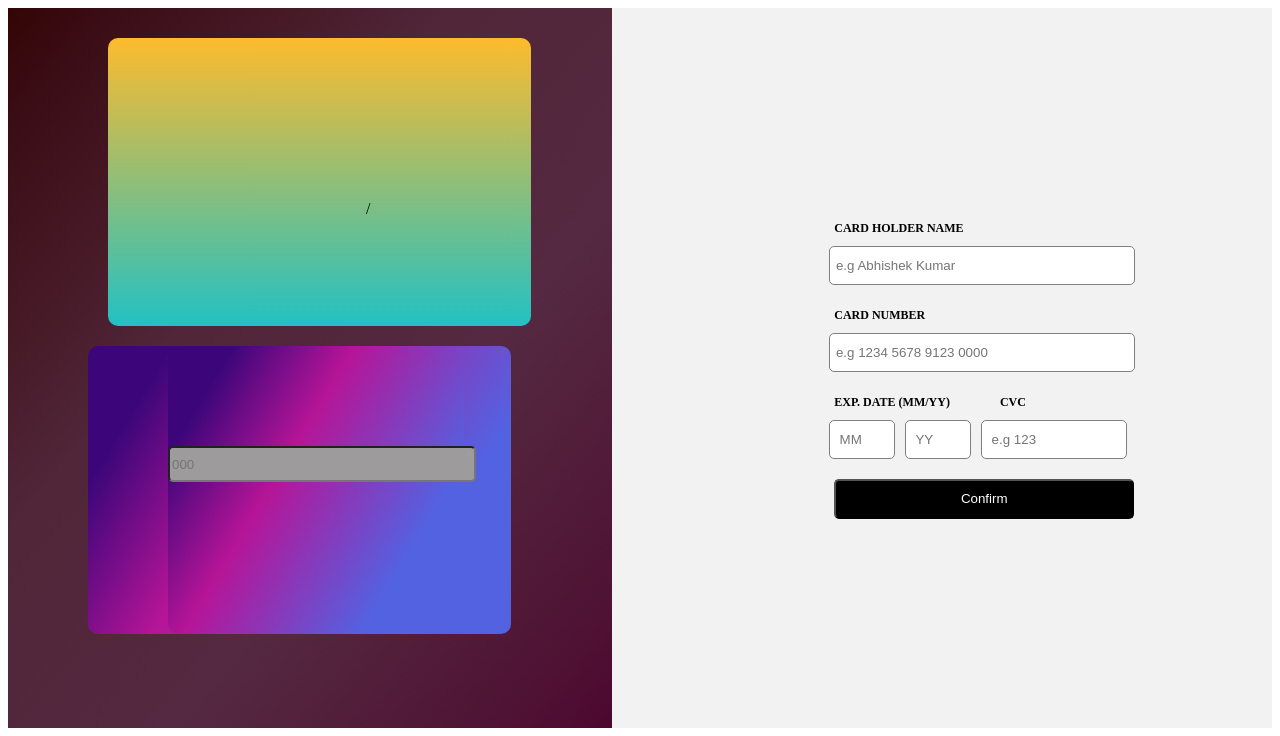
Repository: Abhi2359/frontendchallenge-1
Page: /
These files come from the project's save history. The page is drawn as it stood at one moment and after the next save; the edit follows.
The browser window is 1280 px wide. The pictures show the whole page.
The project was rebuilt for these pictures with package versions that can differ from the ones it lists, and the page was loaded fresh each time.

Above is the page before, as saved 2023-02-15 14:12:08.

After the next save:
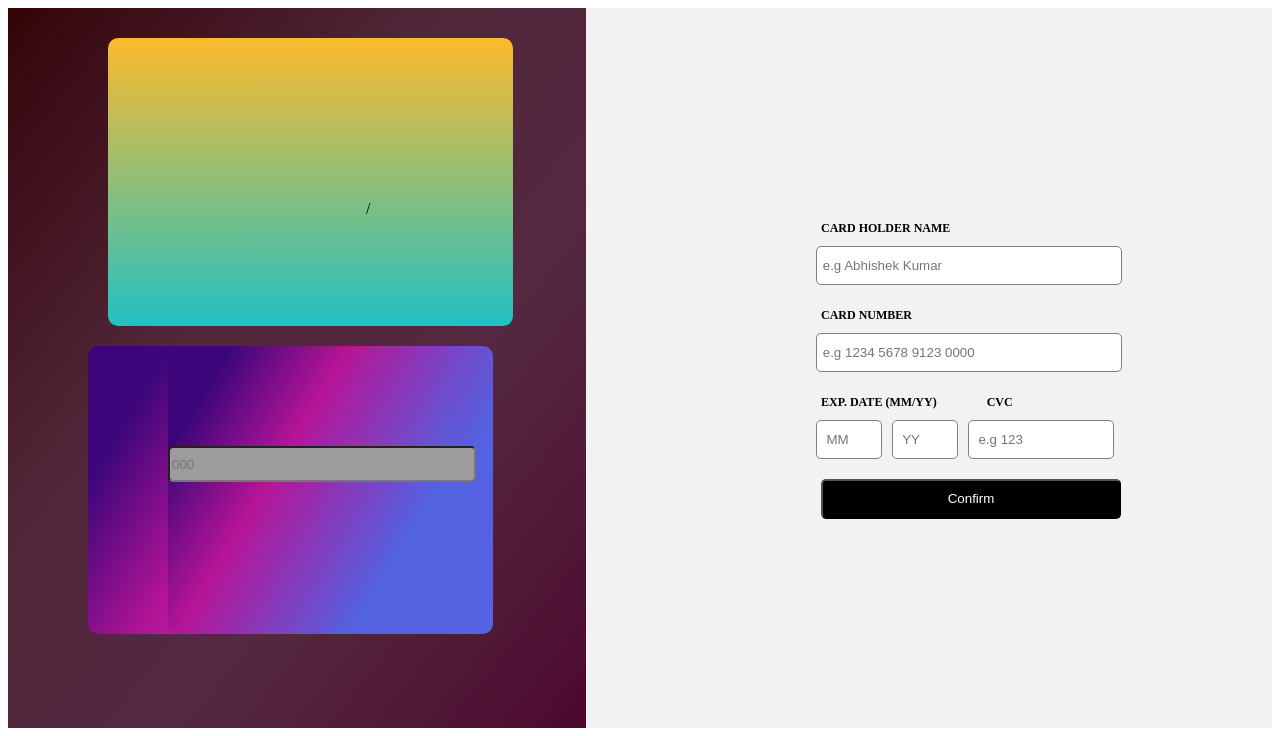
Saved 3 min 48 s later.
--- a/src/components/Layout/layout.css
+++ b/src/components/Layout/layout.css
@@ -17,7 +17,7 @@
     background-image: linear-gradient(to right bottom, #340505, #3b0d16, #431521, #4a1d2c, #502638, #52273b, #53283e, #552941, #53223d, #511a38, #4f1234, #4d072f);
 
 height: 100vh;
-flex-grow: 3;
+flex-grow: 2;
 color: white;
 width: 40%;
 

After the save that followed:
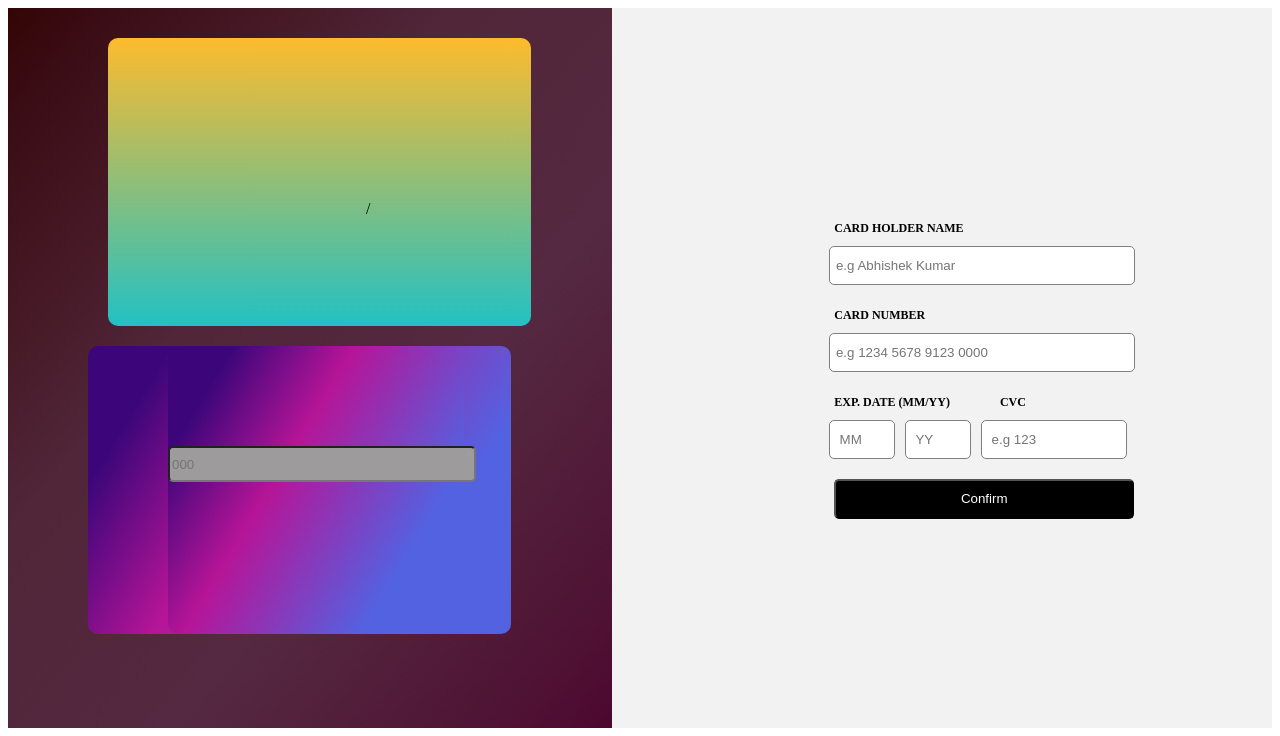
Saved 7 s later.
--- a/src/components/Layout/layout.css
+++ b/src/components/Layout/layout.css
@@ -17,7 +17,7 @@
     background-image: linear-gradient(to right bottom, #340505, #3b0d16, #431521, #4a1d2c, #502638, #52273b, #53283e, #552941, #53223d, #511a38, #4f1234, #4d072f);
 
 height: 100vh;
-flex-grow: 2;
+flex-grow: 3;
 color: white;
 width: 40%;
 
